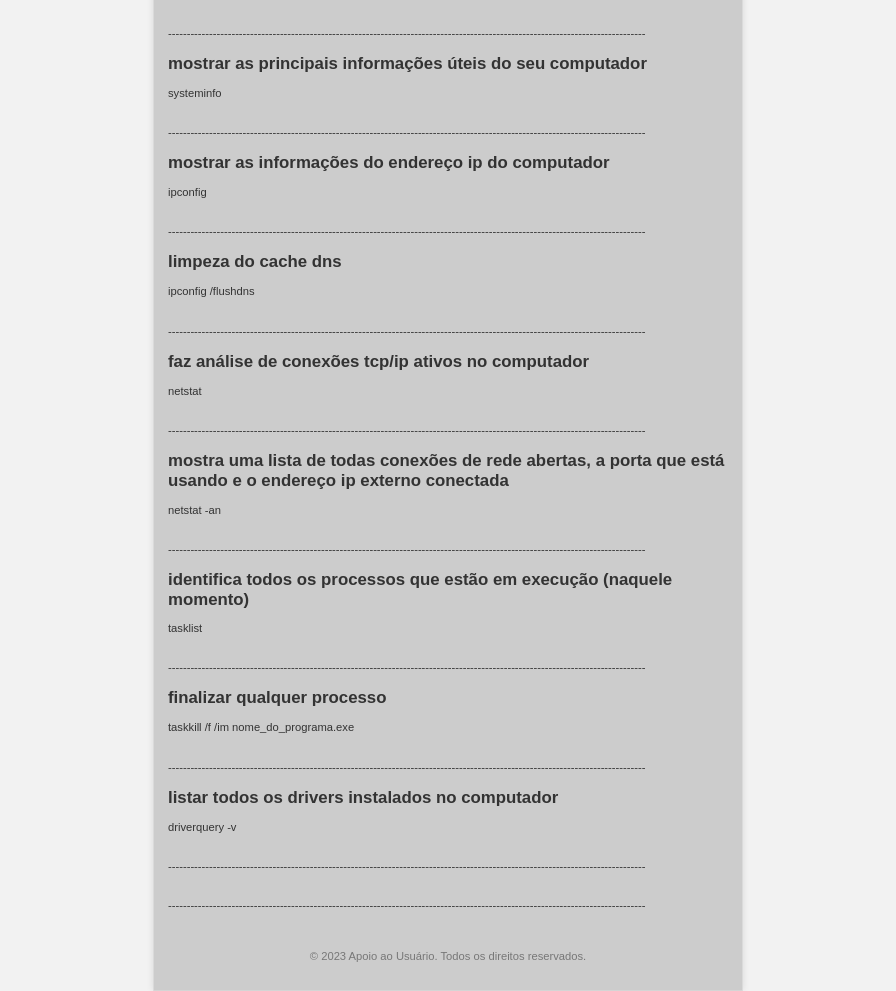
Repository: I4guito/dicasdez
Page: Dicas site/Dicas/cmd.html
These files come from the project's save history. The page is drawn as it stood at one moment and after the next save; the edit follows.
The browser window is 1280 px wide. The pictures show the part of the page from y = 1117 to 3037 px (the page is 2533 px tall before and 3037 px after), at 70% of full size.

Above is the page before, as saved 2023-11-28 13:49:53.

After the next save:
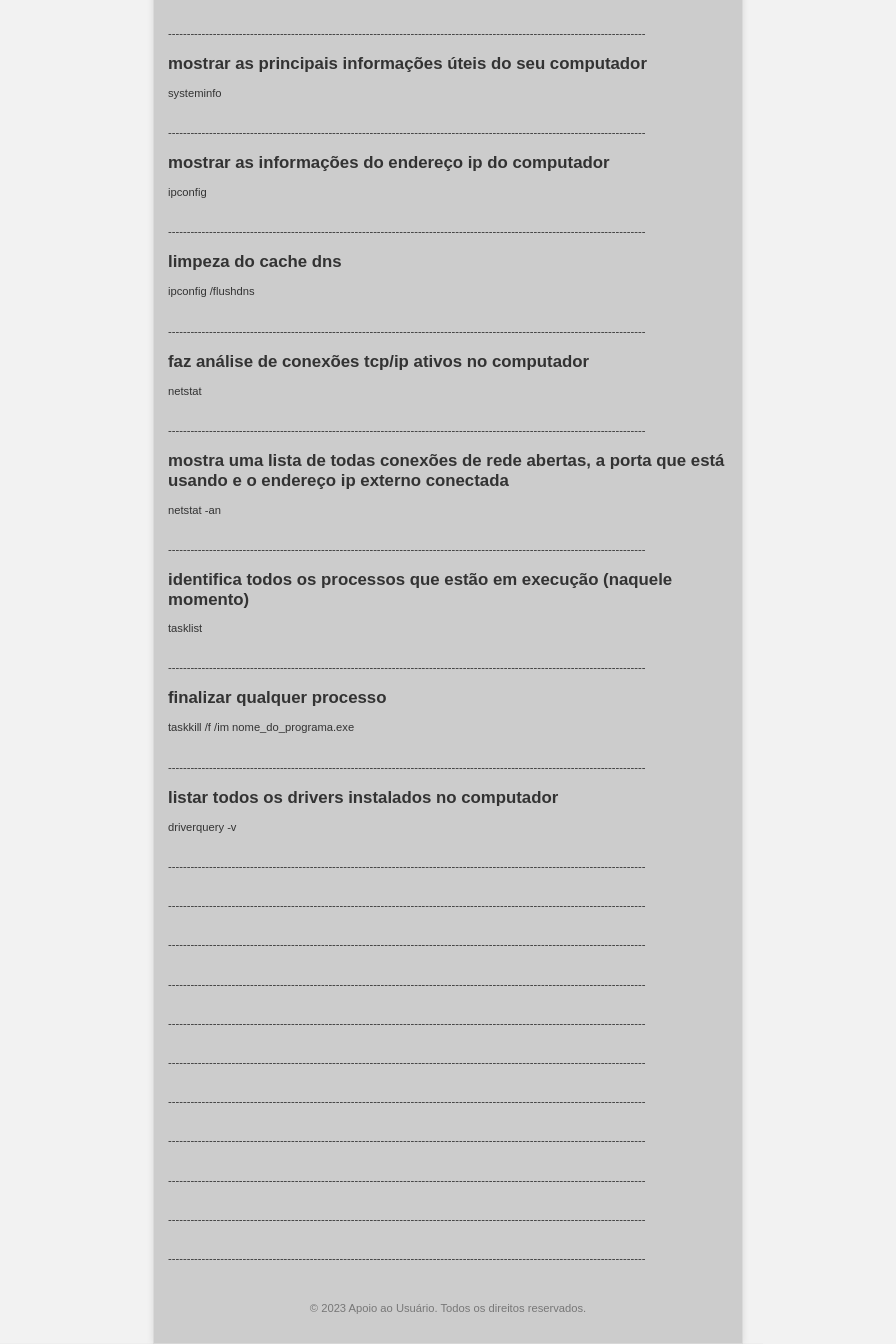
Saved 15 s later.
--- a/Dicas site/Dicas/cmd.html
+++ b/Dicas site/Dicas/cmd.html
@@ -176,6 +176,87 @@
             </div>
         </section><br>
 
+        --------------------------------------------------------------------------------------------------------------------------------
+
+        <section>
+            <div class="programa">
+                <h2></h2>
+                <p></p>
+            </div>
+        </section><br>
+
+        --------------------------------------------------------------------------------------------------------------------------------
+
+        <section>
+            <div class="programa">
+                <h2></h2>
+                <p></p>
+            </div>
+        </section><br>
+
+        --------------------------------------------------------------------------------------------------------------------------------
+
+        <section>
+            <div class="programa">
+                <h2></h2>
+                <p></p>
+            </div>
+        </section><br>
+
+        --------------------------------------------------------------------------------------------------------------------------------
+
+        <section>
+            <div class="programa">
+                <h2></h2>
+                <p></p>
+            </div>
+        </section><br>
+
+        --------------------------------------------------------------------------------------------------------------------------------
+
+        <section>
+            <div class="programa">
+                <h2></h2>
+                <p></p>
+            </div>
+        </section><br>
+
+        --------------------------------------------------------------------------------------------------------------------------------
+
+        <section>
+            <div class="programa">
+                <h2></h2>
+                <p></p>
+            </div>
+        </section><br>
+
+        --------------------------------------------------------------------------------------------------------------------------------
+
+        <section>
+            <div class="programa">
+                <h2></h2>
+                <p></p>
+            </div>
+        </section><br>
+
+        --------------------------------------------------------------------------------------------------------------------------------
+
+        <section>
+            <div class="programa">
+                <h2></h2>
+                <p></p>
+            </div>
+        </section><br>
+
+        --------------------------------------------------------------------------------------------------------------------------------
+
+        <section>
+            <div class="programa">
+                <h2></h2>
+                <p></p>
+            </div>
+        </section><br>
+
 
         <footer>
             <p>&copy; 2023 Apoio ao Usuário. Todos os direitos reservados.</p>
